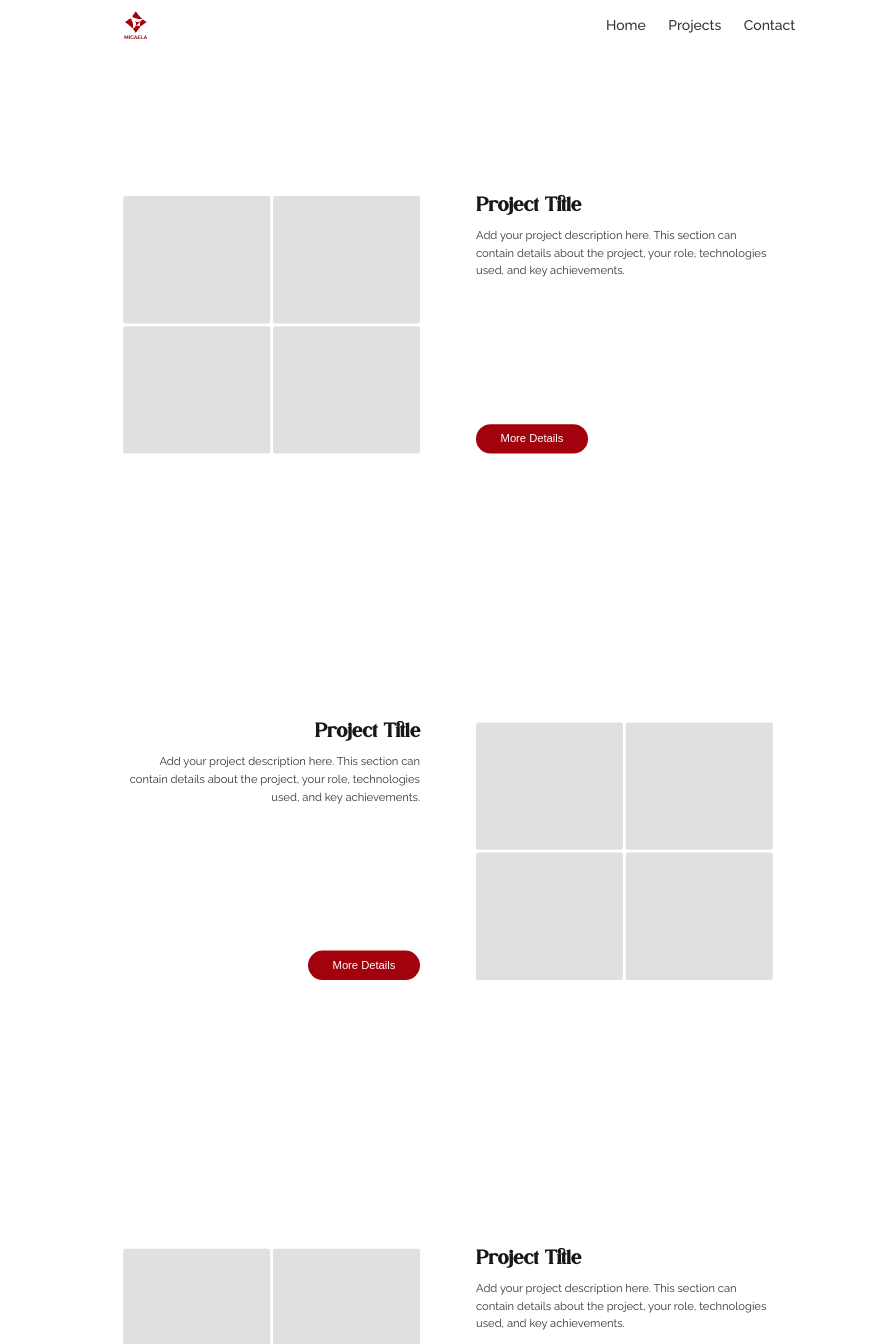
Repository: Micaelavalmores/Micaela-Portfolio
Page: /home-page
The author's editor kept a copy of each file at every save. The page is drawn from the files as they stood at one save, then again after the next save.
The browser window is 1280 px wide. The pictures show the part of the page from y = 0 to 1920 px (the page is 3112 px tall before and 3144 px after), at 70% of full size.
The project was rebuilt for these pictures with package versions that can differ from the ones it lists, and the page was loaded fresh each time. The framework's server and built-in components were replaced by stand-ins that run in the browser. Also part of the build but not shown: next.config.mjs.

Above is the page before, as saved 2026-01-27 11:50:07.

### app/layout.js

import { Geist } from "next/font/google";
import { Raleway } from "next/font/google";
import "./globals.css";

const geistSans = Geist({
  variable: "--font-geist-sans",
  subsets: ["latin"],
});

const raleway = Raleway({
  variable: "--font-raleway",
  subsets: ["latin"],
});



export const metadata = {
  title: "Micaela Valmores",
  description: "Generated by create next app",
  icons: {
    icon: "/logos/micaela-logo.svg",
  },
};

export default function RootLayout({ children }) {
  return (
    <html lang="en">
      <body className={`${raleway.variable}`}>
        {children}
      </body>
    </html>
  );
}

### app/home-page/page.js
import Link from 'next/link'
import styles from '../page.module.css'
import FtProj from '../components/FtProj'
import Navbar from '../components/Navbar'

export default function HomePage() {
  return (
    <main className={styles.page}>
        <Navbar />
      <div className={styles['Proj-sec']}>
        <FtProj reversed={false}/>
        <FtProj reversed={true} />
        <FtProj reversed={false}/>
        <FtProj reversed={true} />
      </div>
    </main>
  )
}

### app/globals.css
:root {
  --background: #ffffff;
  --foreground: #171717;
  --font-ghaista: 'Ghaista', var(--font-raleway);
}

@font-face {
  font-family: 'Ghaista';
  src: url('/fonts/Ghaitsa.ttf') format('truetype');
  font-weight: 400;
  font-style: normal;
  font-display: swap;
}

@media (prefers-color-scheme: dark) {
  :root {
    --background: #0a0a0a;
    --foreground: #ffffff;
  }
}

html,
body {
  max-width: 100vw;
  overflow-x: hidden;
}

body {
  color: var(--foreground);
  background: var(--background);
  font-family: var(--font-raleway);
  -webkit-font-smoothing: antialiased;
  -moz-osx-font-smoothing: grayscale;
}

* {
  box-sizing: border-box;
  padding: 0;
  margin: 0;
}

a {
  color: inherit;
  text-decoration: none;
}

@media (prefers-color-scheme: dark) {
  html {
    color-scheme: dark;
  }
}

/* Horizontal page margins */
body {
  margin-left: 10rem;
  margin-right: 10rem;
}

/* Tablet: screens between iPhone and iPad */
@media (min-width: 430px) and (max-width: 1024px) {
  body {
    margin-left: 4rem;
    margin-right: 4rem;
  }
}

/* iPad Pro 13in — reduce margins to 7rem */
@media (min-width: 1024px) and (max-width: 1366px) {
  body {
    margin-left: 7rem;
    margin-right: 7rem;
  }
}

/* Mobile horizontal margins: any width smaller than 430px */
@media (max-width: 430px) {
  body {
    margin-left: 3rem;
    margin-right: 3rem;
  }
}

### app/page.module.css
.page {
  --background: #fafafa;
  --foreground: #fff;

  --text-primary: #000;
  --text-secondary: #666;

  --button-primary-hover: #383838;
  --button-secondary-hover: #f2f2f2;
  --button-secondary-border: #ebebeb;

  display: grid;
  grid-template-columns: 1fr;
  min-height: 100vh;
  font-family: var(--font-geist-sans);
  background-color: var(--background);
}

.Proj-sec {
  display: flex;
  flex-direction: column;
  align-items: center;
  gap: 2rem;
  padding: 2rem;
  background-color: #ffff;
}

.main {
  display: flex;
  min-height: 100vh;
  width: 100%;
  max-width: 800px;
  flex-direction: column;
  align-items: flex-start;
  justify-content: space-between;
  background-color: var(--foreground);
  padding: 120px 60px;
}

.intro {
  display: flex;
  flex-direction: column;
  align-items: flex-start;
  text-align: left;
  gap: 24px;
}

.intro h1 {
  max-width: 320px;
  font-size: 40px;
  font-weight: 600;
  line-height: 48px;
  letter-spacing: -2.4px;
  text-wrap: balance;
  color: var(--text-primary);
}

.intro p {
  max-width: 440px;
  font-size: 18px;
  line-height: 32px;
  text-wrap: balance;
  color: var(--text-secondary);
}

.intro a {
  font-weight: 500;
  color: var(--text-primary);
}

.ctas {
  display: flex;
  flex-direction: row;
  width: 100%;
  max-width: 440px;
  gap: 16px;
  font-size: 14px;
}

.ctas a {
  display: flex;
  justify-content: center;
  align-items: center;
  height: 40px;
  padding: 0 16px;
  border-radius: 128px;
  border: 1px solid transparent;
  transition: 0.2s;
  cursor: pointer;
  width: fit-content;
  font-weight: 500;
}

a.primary {
  background: var(--text-primary);
  color: var(--background);
  gap: 8px;
}

a.secondary {
  border-color: var(--button-secondary-border);
}

/* Enable hover only on non-touch devices */
@media (hover: hover) and (pointer: fine) {
  a.primary:hover {
    background: var(--button-primary-hover);
    border-color: transparent;
  }

  a.secondary:hover {
    background: var(--button-secondary-hover);
    border-color: transparent;
  }
}

@media (max-width: 600px) {
  .main {
    padding: 48px 24px;
  }

  .intro {
    gap: 16px;
  }

  .intro h1 {
    font-size: 32px;
    line-height: 40px;
    letter-spacing: -1.92px;
  }
}

@media (prefers-color-scheme: dark) {
  .logo {
    filter: invert();
  }

  .page {
    --background: #000;
    --foreground: #000;

    --text-primary: #ededed;
    --text-secondary: #999;

    --button-primary-hover: #ccc;
    --button-secondary-hover: #1a1a1a;
    --button-secondary-border: #1a1a1a;
  }
}

### app/components/FtProj.js
'use client';

import styles from './FtProj.module.css';

/*
  HOW TO USE:
  The FtProj component has two layout states controlled by the reversed prop:
  1. Default (reversed={false}): Images on left, text on right (left-justified)
  2. Reversed (reversed={true}): Text on left (right-justified), images on right

  Layout changes can only be controlled in the backend by passing the reversed prop.
  Users cannot change the layout.

  Usage examples:
  <FtProj /> - Standard layout
  <FtProj reversed={true} /> - Reversed layout
*/

export default function FtProj({ reversed = false }) {
  return (
    <div className={`${styles.container} ${reversed ? styles.reversed : ''}`}>
      {/* Left Column - Text (if reversed) / Images (if standard) */}
      {!reversed ? (
        // Standard: Images on left
        <div className={styles.imagesColumn}>
          <div className={styles.imagePlaceholder}></div>
          <div className={styles.imagePlaceholder}></div>
          <div className={styles.imagePlaceholder}></div>
          <div className={styles.imagePlaceholder}></div>
        </div>
      ) : (
        // Reversed: Text on left
        <div className={styles.textColumn}>
          <div className={styles.textContent}>
            <h2>Project Title</h2>
            <p>Add your project description here. This section can contain details about the project, your role, technologies used, and key achievements.</p>
          </div>
          <button className={styles.projectButton}>More Details</button>
        </div>
      )}

      {/* Right Column - Text (if standard) / Images (if reversed) */}
      {!reversed ? (
        // Standard: Text on right
        <div className={styles.textColumn}>
          <div className={styles.textContent}>
            <h2>Project Title</h2>
            <p>Add your project description here. This section can contain details about the project, your role, technologies used, and key achievements.</p>
          </div>
          <button className={styles.projectButton}>More Details</button>
        </div>
      ) : (
        // Reversed: Images on right
        <div className={styles.imagesColumn}>
          <div className={styles.imagePlaceholder}></div>
          <div className={styles.imagePlaceholder}></div>
          <div className={styles.imagePlaceholder}></div>
          <div className={styles.imagePlaceholder}></div>
        </div>
      )}
    </div>
  );
}

### app/components/Navbar.js
import Link from "next/link";
import Image from "next/image";
import styles from "./Navbar.module.css";

export default function Navbar() {
  return (
    <nav className={styles.navbar}>
      <Link href="/" className={styles.logoContainer}>
        <Image
          src="/logos/logo-with-name.svg"
          alt="Micaela Valmores"
          width={120}
          height={40}
          priority
        />
      </Link>

      <ul className={styles.navLinks}>
        <li>
          <Link href="/">Home</Link>
        </li>
        <li>
          <Link href="/projects-page">Projects</Link>
        </li>
        <li>
          <Link href="/contact">Contact</Link>
        </li>
      </ul>
    </nav>
  );
}

### app/components/FtProj.module.css
.container {
  width: 60rem;
  height: 25rem;
  display: grid;
  grid-template-columns: 1fr 1fr;
  gap: 5rem;
  padding: 1rem;
  margin: 10rem 0;
}

.container.reversed {
  grid-template-columns: 1fr 1fr;
}

.reversed .textContent {
  text-align: right;
}

.reversed .textColumn {
  text-align: right;
}

.reversed .projectButton {
  justify-self: end;
}

.imagesColumn {
  display: grid;
  grid-template-columns: 1fr 1fr;
  gap: 0.2rem;
}

.imagePlaceholder {
  width: 100%;
  height: 100%;
  background-color: #e0e0e0;
  border-radius: 0.2rem;
}

.textColumn {
  display: grid;
  grid-template-rows: 1fr auto;
  gap: 2rem;
}

.textContent {
  display: flex;
  flex-direction: column;
}

.textColumn h2 {
  margin: 0 0 1rem 0;
  font-size: 1.75rem;
  font-family: ghaista;
}

.textColumn p {
  margin: 0;
  line-height: 1.6;
  color: #333;
  font-size: 1rem;
}

.projectButton {
  align-self: start;
  width: 10rem;
  padding: 0.75rem 1.5rem;
  background-color: #A2020C;
  color: #fff;
  border: none;
  border-radius: 5rem;
  font-size: 1rem;
  cursor: pointer;
}

.projectButton:hover {
  background-color: #b62d36;
}

### app/components/Navbar.module.css
.navbar {
  display: flex;
  justify-content: space-between;
  width: 100%;
  align-items: center;
  padding: 1rem 2rem;
  background-color: #ffffff;
  position: sticky;
  top: 0;
  z-index: 1000;
}

.logoContainer {
  display: flex;
  align-items: center;
  transition: opacity 0.3s ease;
  width: 100px;
}

.logoContainer:hover {
  opacity: 0.8;
}

.navLinks {
  display: flex;
  gap: 2rem;
  list-style: none;
  margin: 0;
  padding: 0;
  align-items: center;
}

.navLinks li {
  margin: 0;
}

.navLinks a {
  text-decoration: none;
  color: #333333;
  font-size: 1.25rem;
  font-weight: 500;
  transition: color 0.3s ease;
  position: relative;
}

.navLinks a:hover {
  color: #0070f3;
}

.navLinks a::after {
  content: '';
  position: absolute;
  bottom: -4px;
  left: 0;
  width: 0;
  height: 2px;
  background-color: #0070f3;
  transition: width 0.3s ease;
}

.navLinks a:hover::after {
  width: 100%;
}

/* Responsive design */
/* @media (max-width: 768px) {
  .navbar {
    padding: 1rem 1.5rem;
  }

  .navLinks {
    gap: 1.5rem;
  }

  .navLinks a {
    font-size: 0.9rem;
  }
} */

/* @media (max-width: 480px) {
  .navbar {
    padding: 0.75rem 1rem;
  }

  .navLinks {
    gap: 1rem;
  }

  .navLinks a {
    font-size: 0.85rem;
  }
} */

After the next save:
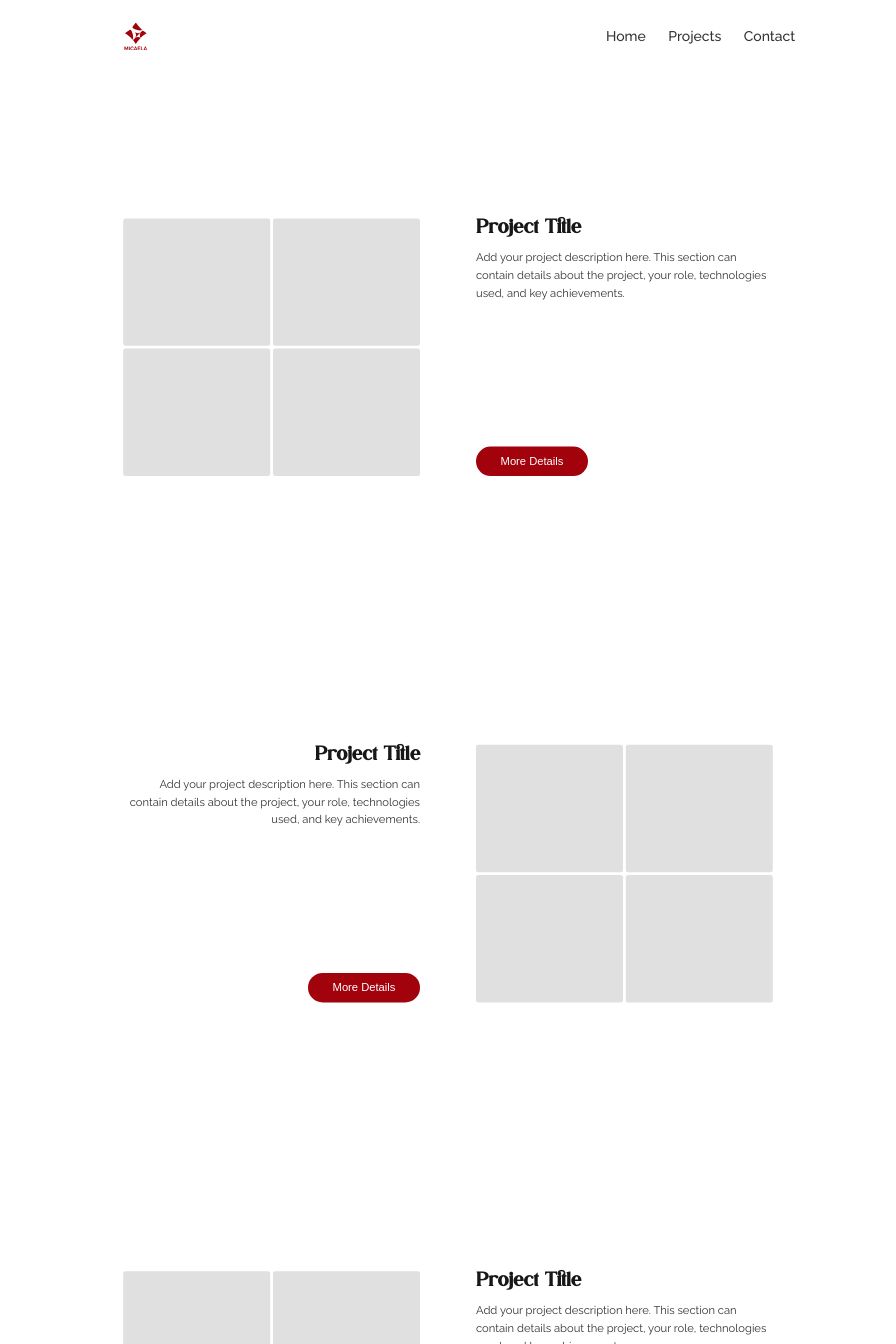
Saved 9 s later.
--- a/app/components/Navbar.module.css
+++ b/app/components/Navbar.module.css
@@ -3,7 +3,7 @@
   justify-content: space-between;
   width: 100%;
   align-items: center;
-  padding: 1rem 2rem;
+  padding: 2rem 2rem;
   background-color: #ffffff;
   position: sticky;
   top: 0;
